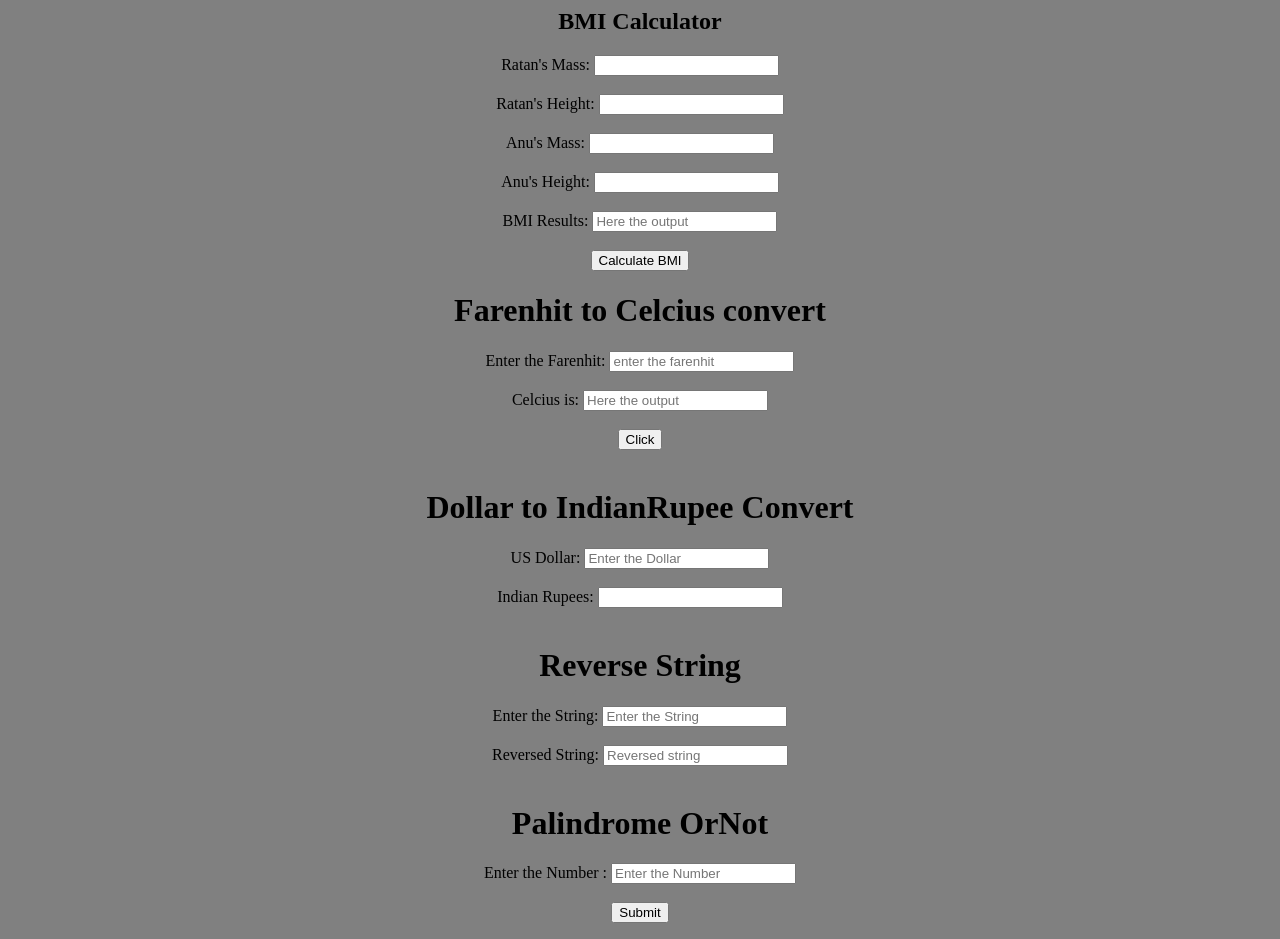
Repository: thatipallyvinod/AdvanceJava
Page: JAVASCRIPT/src/main/webapp/jsp.html
An editor plug-in stored every save of this project. The page is shown before and after the next save, followed by the edit.
The browser window is 1280 px wide. The pictures show the whole page.

Above is the page before, as saved 2024-03-25 08:35:45.

### JAVASCRIPT/src/main/webapp/jsp.html
 <html>
<head>
<title> JavaScript with HTML</title>
<script type="text/javascript" src="First.js"></script>
</head>
<body style="background-color: gray;  text-align: center;">
<h2>BMI Calculator</h2>
<form id="bmiForm">
    <label for="ratanMass">Ratan's Mass:</label>
    <input type="number" id="ratanMass" name="ratanMass"><br><br>

    <label for="ratanHeight">Ratan's Height:</label>
    <input type="number" id="ratanHeight" name="ratanHeight"><br><br>

    <label for="anuMass">Anu's Mass:</label>
    <input type="number" id="anuMass" name="anuMass"><br><br>

    <label for="anuHeight">Anu's Height:</label>
    <input type="number" id="anuHeight" name="anuHeight"><br><br>

<label for="bmiResults">BMI Results:</label>
<input type="text" id="bmiResults" placeholder="Here the output" readonly><br><br>
 <button type="button" onclick="calculateBMI()">Calculate BMI</button>
</form>
</body>
</html>



<html>
<head>
<script type="text/javascript" src="First.js"></script>
</head>
<body style="background-color: gray;  text-align: center;">
<h1>Farenhit to Celcius convert</h1>
<form>
<label>Enter the Farenhit:</label>
<input type= "text"  id="farenhitInput"    placeholder="enter the farenhit" required>
<br><br>
<label>Celcius is:</label>
<input type="text" 	id="celciusOutput"		placeholder="Here the output" readonly>
<br><br>
<button type="button" onClick="convertToCelcius()">Click</button>
<br><br>
</form>
</body>
</html>

 <html>
 <head>
    <title>Dollar to IndianRupee Convert</title>
    <script type="text/javascript" src="First.js"></script>
</head>
<body style="background-color: gray; text-align: center;">
    <h1>Dollar to IndianRupee Convert</h1>
    <form>
        <label for="dollarInput">US Dollar:</label>
        <input type="text" id="dollarInput" placeholder="Enter the Dollar" oninput="convertToINR()" required>
        <br><br>
        <label for="INRoutput">Indian Rupees:</label>
        <input type="text" id="INRoutput" readonly>
        <br><br>
    </form>
</body>
</html>


<html>
<head>
<script type="text/javascript" src="First.js"></script>
</head>
<body style="background-color: fuchsia; text-align: center;">
 <h1>Reverse String</h1>
    <form>
        <label for="string1Input">Enter the String:</label>
        <input type="text" id="string1Input" placeholder="Enter the String" oninput="convertToReverse()" required>
        <br><br>
        <label for="stringOutput">Reversed String:</label>
        <input type="text" id="stringOutput" placeholder="Reversed string" readonly>
        <br><br>
    </form>
</body>
</html>


<html>
<head>
<script type="text/javascript" src="First.js"></script>
</head>
<body style="background-color: fuchsia; text-align: center;">
<h1>Palindrome OrNot</h1>
<form>
<label>Enter the Number :</label>
<input type="text" id="NumberInput" placeholder="Enter the Number"      required>
<br><br>
<button type="button"  onclick="convertToPalindrome()">Submit</button>
</form>
</body>
</html>

### JAVASCRIPT/src/main/webapp/First.js
function calculateBMI() {
    var massRatan = parseInt(document.getElementById("ratanMass").value);
    var heightRatan = parseInt(document.getElementById("ratanHeight").value);
    var massAnu = parseInt(document.getElementById("anuMass").value);
    var heightAnu = parseInt(document.getElementById("anuHeight").value);

    var BMIratan = massRatan / (heightRatan * heightRatan);
    var BMIAnu = massAnu / (heightAnu * heightAnu);

    var resultInput = document.getElementById("bmiResults");
    resultInput.value = "BMIRatan: " + BMIratan.toFixed(2) + "\n";
    resultInput.value += "BMIAnu: " + BMIAnu.toFixed(2) + "\n";

    var RatanHigherBMI = BMIratan > BMIAnu;
    resultInput.value += "BMIratan is higher than BMIAnu: " + RatanHigherBMI + "\n";

    resultInput.value += "\nFizzBuzz JavaScript:\n";
    for (let num = 1; num <= 100; num++) {
        if (num % 15 === 0) {
            resultInput.value += "FizzBuzz: " + num + "\n";
        } else if (num % 3 === 0) {
            resultInput.value += "Fizz: " + num + "\n";
        } else if (num % 5 === 0) {
            resultInput.value += "Buzz: " + num + "\n";
        } else {
            resultInput.value += num + "\n";
        }
    }
}

function convertToCelsius() {
    const fahrenheit = parseFloat(document.getElementById('farenheitInput').value);
    const celsius = (fahrenheit - 32) * 5 / 9;
    document.getElementById('celciusOutput').value = celsius.toFixed(2);
}



function convertToINR() {
    let rate = 82.89;
    const dollar = parseFloat(document.getElementById('dollarInput').value);
    const inr = dollar * rate;
    document.getElementById('INRoutput').value = inr.toFixed(2);
}

function convertToReverse() {
    const InputString = document.getElementById('string1Input').value;
    const ReversedString = InputString.split('').reverse().join('');
    document.getElementById('stringOutput').value = ReversedString;
}

//Convrting Palindrome
function convertToPalindrome()
{

	const number=parseInt(document.getElementById('NumberInput').value);
	let output=number;
	let rem,rev=0;
	while(output>0){
		rem = output % 10;
		rev = rev * 10 + rem;
		output = Math.floor(output / 10);
		}
	if(number=== rev){
		alert("Palindrome");
	}
	else{
		alert("Not Palindrome");
	}


}

After the next save:
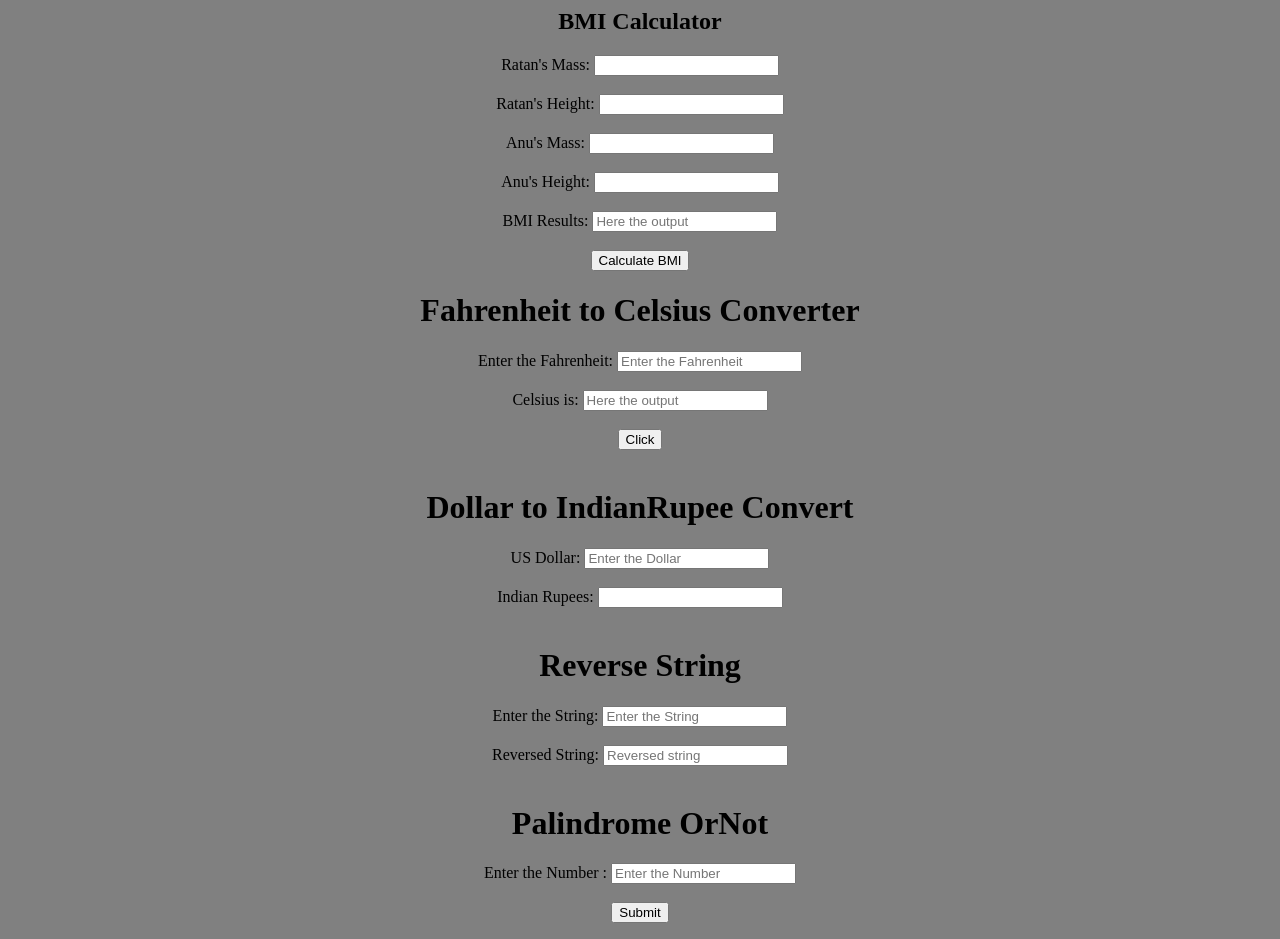
Saved 23 s later.
--- a/JAVASCRIPT/src/main/webapp/jsp.html
+++ b/JAVASCRIPT/src/main/webapp/jsp.html
@@ -32,19 +32,20 @@
 <script type="text/javascript" src="First.js"></script>
 </head>
 <body style="background-color: gray;  text-align: center;">
-<h1>Farenhit to Celcius convert</h1>
-<form>
-<label>Enter the Farenhit:</label>
-<input type= "text"  id="farenhitInput"    placeholder="enter the farenhit" required>
-<br><br>
-<label>Celcius is:</label>
-<input type="text" 	id="celciusOutput"		placeholder="Here the output" readonly>
-<br><br>
-<button type="button" onClick="convertToCelcius()">Click</button>
-<br><br>
-</form>
+  <h1>Fahrenheit to Celsius Converter</h1>
+    <form>
+        <label for="farenheitInput">Enter the Fahrenheit:</label>
+        <input type="text" id="farenheitInput" placeholder="Enter the Fahrenheit" required>
+        <br><br>
+        <label for="celciusOutput">Celsius is:</label>
+        <input type="text" id="celciusOutput" placeholder="Here the output" readonly>
+        <br><br>
+        <button type="button" onclick="convertToCelsius()">Click</button>
+        <br><br>
+    </form>
 </body>
 </html>
+
 
  <html>
  <head>
